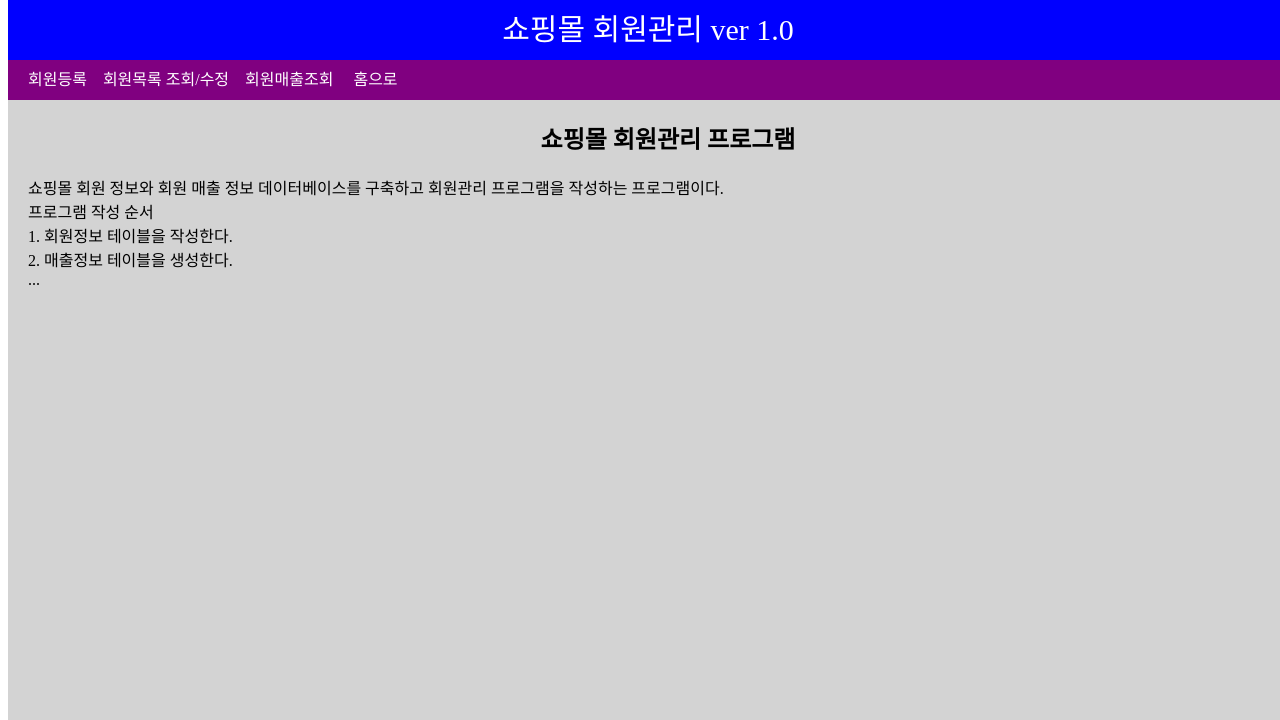
Repository: haileylee94/mini-project
Page: http://localhost/hrd/
These files come from the project's save history. The page is drawn as it stood at one moment and after the next save; the edit follows.
The browser window is 1280 px wide. The pictures show the whole page.
The page is served by Tomcat 9.

Above is the page before, as saved 2022-11-17 10:28:57.

After the next save:
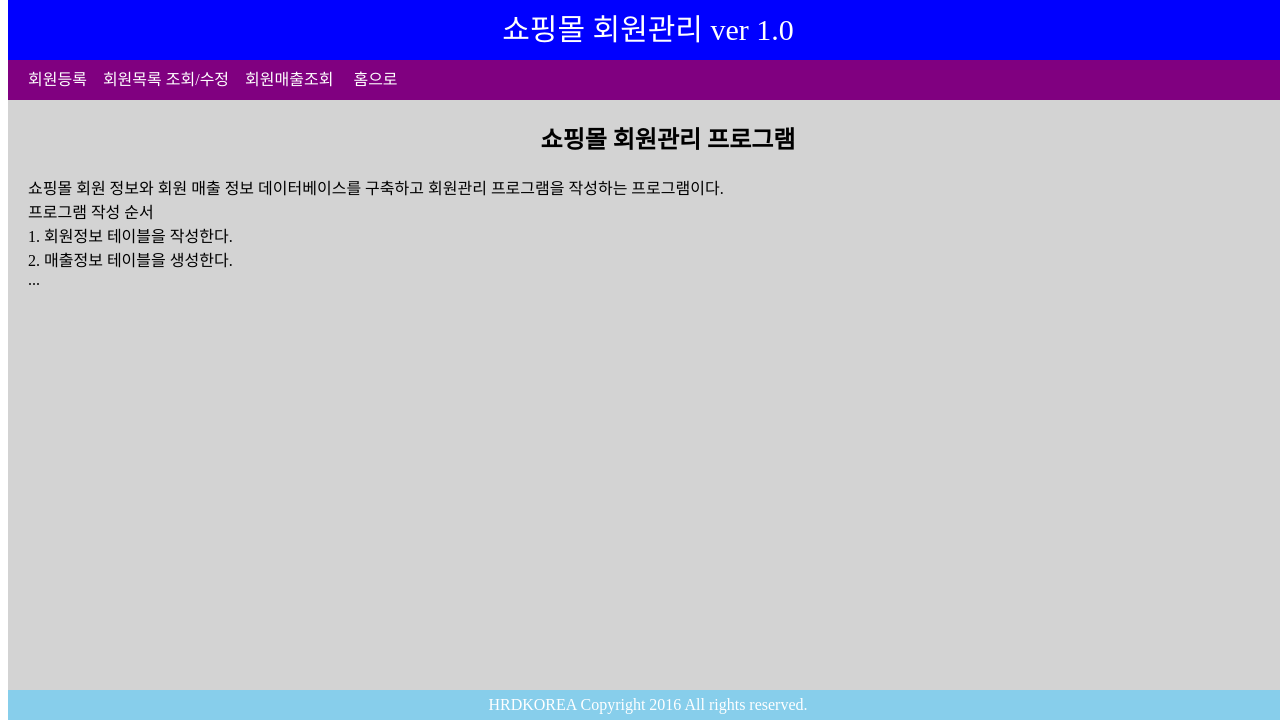
Saved 88 s later.
--- a/hrd/WebContent/index.jsp
+++ b/hrd/WebContent/index.jsp
@@ -35,6 +35,17 @@
 		width: 100%;
 		padding-left: 20px;
 	}
+
+	footer{
+		position: fixed;
+		bottom: 0px;
+		background-color: skyblue;
+		width: 100%;
+		height: 30px;
+		color: white;
+		text-align: center;
+		line-height: 30px;
+	}
 </style>
 </head>
 <body>
